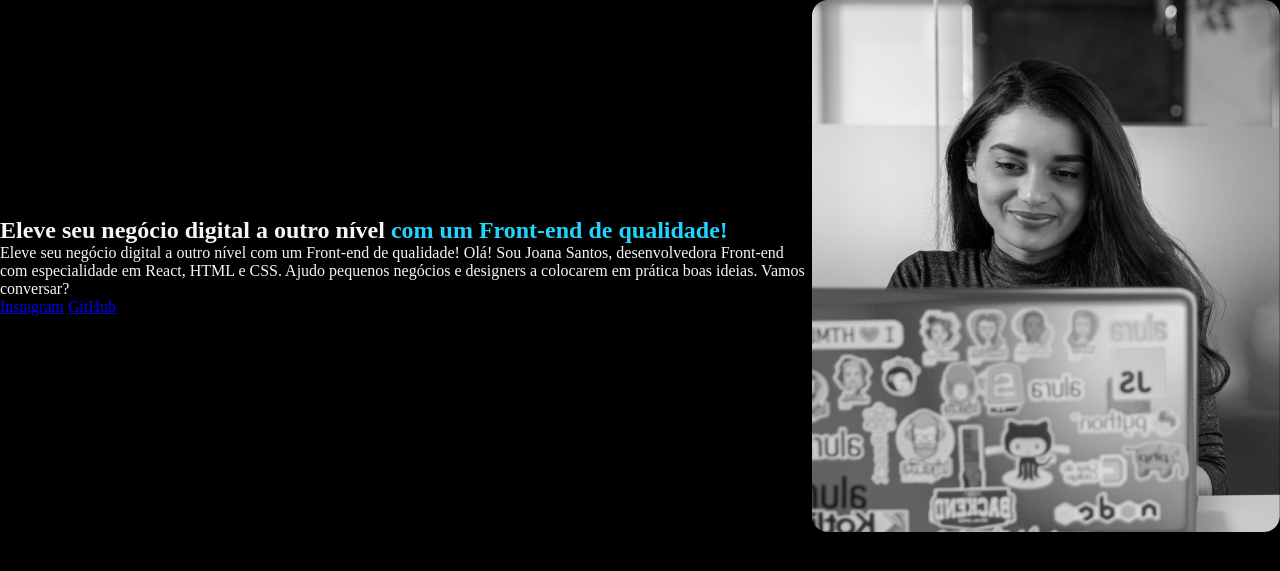
Repository: YoungAkira/CursoHtmlCss
Page: index.html
These files come from the project's save history. The page is drawn as it stood at one moment and after the next save; the edit follows.
The browser window is 1280 px wide. The pictures show the whole page.

Above is the page before, as saved 2023-05-12 13:24:15.

After the next save:
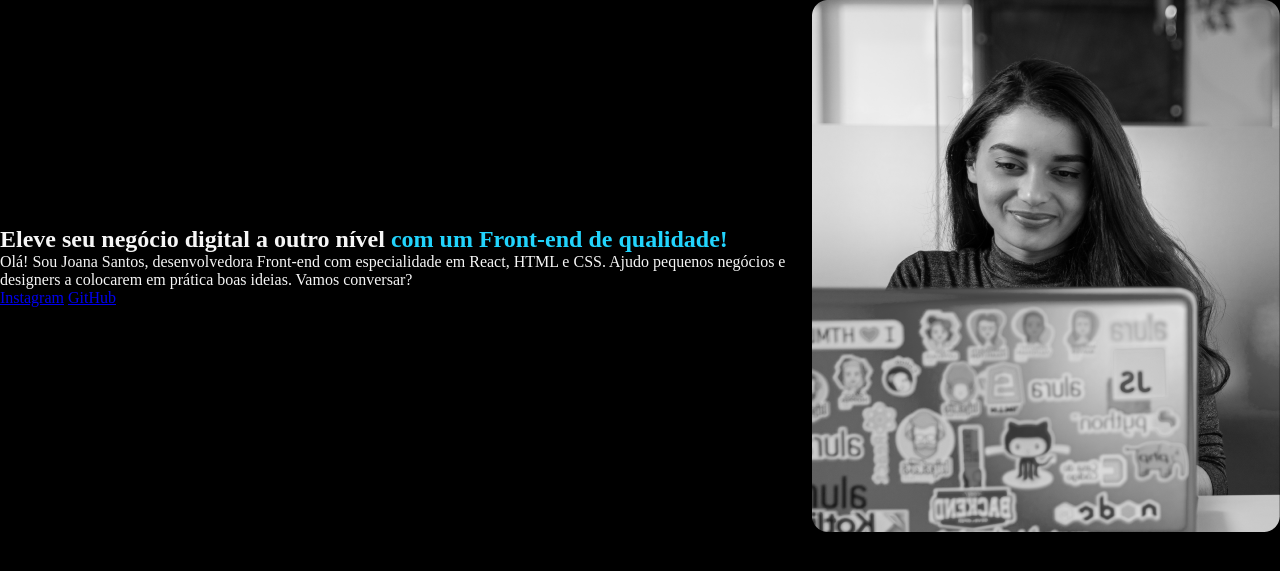
Saved 4 min 21 s later.
--- a/index.html
+++ b/index.html
@@ -12,8 +12,7 @@
     <main class="apresentacao">
             <section>
                  <h1>Eleve seu negócio digital a outro nível <strong class="titulo-destaque">com um Front-end de qualidade!</strong></h1>
-                 <p>Eleve seu negócio digital a outro nível com um Front-end de qualidade!
-                    Olá! Sou Joana Santos, desenvolvedora Front-end com especialidade em React,
+                 <p>Olá! Sou Joana Santos, desenvolvedora Front-end com especialidade em React,
                     HTML e CSS. Ajudo pequenos negócios e designers a colocarem em prática boas
                     ideias. Vamos conversar?</p>
 
